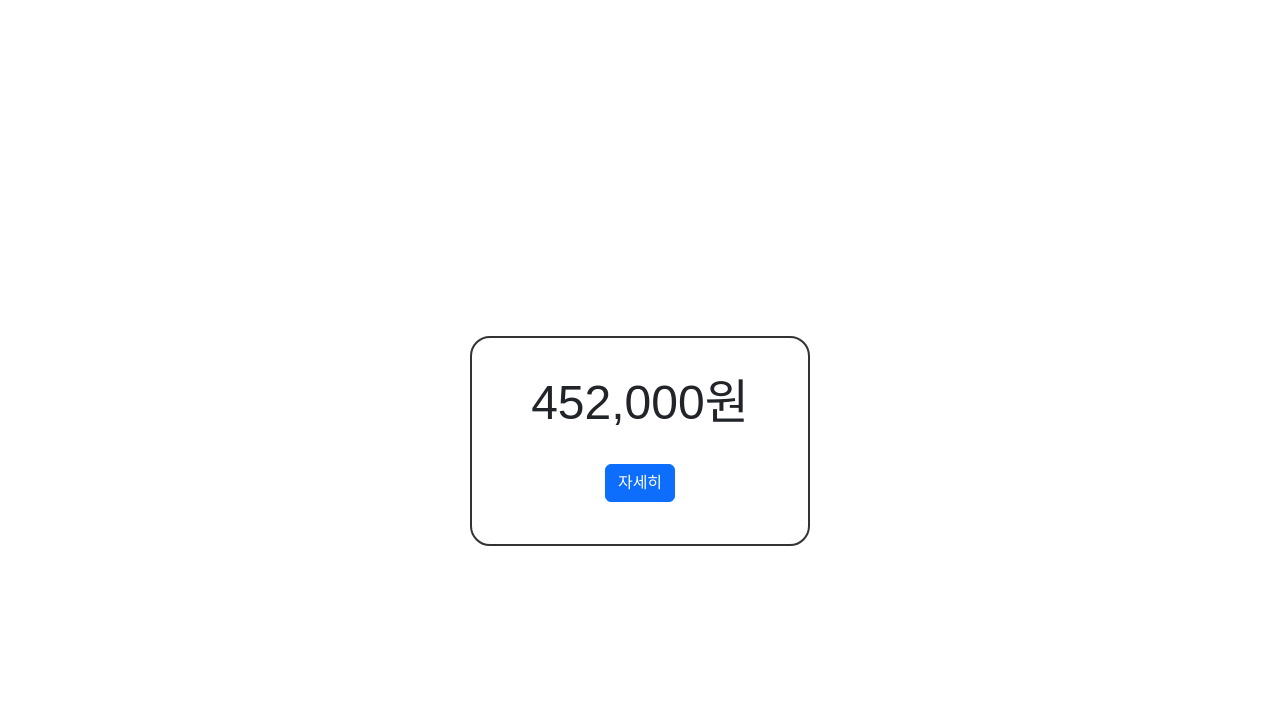
Repository: kimSummerrain/KairosHackathon
Page: venvs/karios/templates/startscreen.html
These files come from the project's save history. The page is drawn as it stood at one moment and after the next save; the edit follows.
The browser window is 1280 px wide. The pictures show the whole page.

Above is the page before, as saved 2024-02-26 18:19:27.
Console error: SyntaxError: Unexpected token '{'

### venvs/karios/templates/startscreen.html
<!DOCTYPE html>
<html lang="en">

<head>
    <meta charset="UTF-8">
    <meta name="viewport" content="width=device-width, initial-scale=1.0">
    <title>Document</title>
    <link href="https://cdn.jsdelivr.net/npm/bootstrap@5.3.3/dist/css/bootstrap.min.css" rel="stylesheet"
        integrity="sha384-QWTKZyjpPEjISv5WaRU9OFeRpok6YctnYmDr5pNlyT2bRjXh0JMhjY6hW+ALEwIH" crossorigin="anonymous">
    <script src="https://cdn.jsdelivr.net/npm/bootstrap@5.3.3/dist/js/bootstrap.bundle.min.js"
        integrity="sha384-YvpcrYf0tY3lHB60NNkmXc5s9fDVZLESaAA55NDzOxhy9GkcIdslK1eN7N6jIeHz"
        crossorigin="anonymous"></script>
    <link href="static/css/main-style.css" rel="stylesheet" />
</head>

<body>
    <div class="container-fluid p-5 bg-white text-black text-center">
        <p id="date"></p>
        <h1 id="time"></h1>
        <h1 class="margin-top"></h1>
    </div>
    <div class="rounded-rectangle">
        <p id="month"></p>
        <p id="amount"></p>
        <h2>452,000원</h2>
        <br>
        <a class="btn btn-primary" href="/detail">자세히</a>
    </div>
    <!-- date js -->
    <script src="static/js/date.js"></script>
</body>

</html>

### venvs/karios/static/css/main-style.css
html,
body {
    margin: 0;
    padding: 0;
    font-family: Arial, Helvetica Neue, Helvetica, sans-serif;
}

#calendar {
    max-width: 1100px;
    margin: 40px auto;
}

a.fc-daygrid-day-number {
    color: black;
    text-decoration: none;
}

a.fc-col-header-cell-cushion {
    color: black;
    text-decoration: none;
}

.navbar-nav .nav-link {
    font-size: 18px;
}

.rounded-rectangle {
    width: 340px;
    /* 직사각형의 너비 */
    height: 210px;
    /* 직사각형의 높이 */
    background-color: #ffffff;
    /* 배경색 */
    border-radius: 20px;
    /* 꼭짓점을 둥글게 하는 정도 */
    margin: 0px auto 0;
    /* rectangle과 겹치도록 마진 조정 */
    padding: 20px;
    /* 내부 여백 */
    text-align: center;
    /* 내용을 가운데 정렬 */
    border: 2px solid #333;
    /* 테두리의 두께와 색상 */
    position: relative;
    /* 포지션을 상대위치로 설정하여 겹치게 함 */
    /* z-index: -1; */
    /* 겹치는 요소의 순서를 지정 */
}

h1 {
    font-size: 5em;
}

h2 {
    font-size: 3em;

}

.margin-top {
    margin-top: 240px;
}

.text-start {
    font-size: 24px;
}

.text-second {
    font-size: 15px;
}

### venvs/karios/static/js/date.js
// 현재 날짜를 가져와서 표시하는 함수
function displayDate() {
    var today = new Date(); // 현재 날짜 및 시간 가져오기
    var month = today.getMonth() + 1; // 월 가져오기 (0부터 시작하므로 +1)
    var day = today.getDate(); // 일 가져오기
    var dayOfWeek = today.toLocaleDateString('en-US', { weekday: 'long' }); // 요일 가져오기
    var hour = today.getHours(); // 시간 가져오기
    var minute = today.getMinutes(); // 분 가져오기
    var amount = {{ result| tojson
}};

minute = minute < 10 ? '0' + minute : minute;

// HTML 요소에 날짜와 요일 표시
document.getElementById('date').innerHTML = month + '월 ' + day + '일 ' + dayOfWeek;
document.getElementById('time').innerHTML = hour + ':' + minute;
document.getElementById('month').innerHTML = month + '월 지출 내역은?';
document.getElementById('amount').innerHTML = amount['2023-0'] + month + '원';
}

// 페이지가 로드될 때 displayDate 함수 실행
window.onload = function () {
    // 매 초마다 updateDateTime 함수를 호출하여 시간을 업데이트
    setInterval(displayDate, 1000); // 1000ms = 1초
    // 최초 로드시 한번 호출하여 초기화
    displayDate();
};

After the next save:
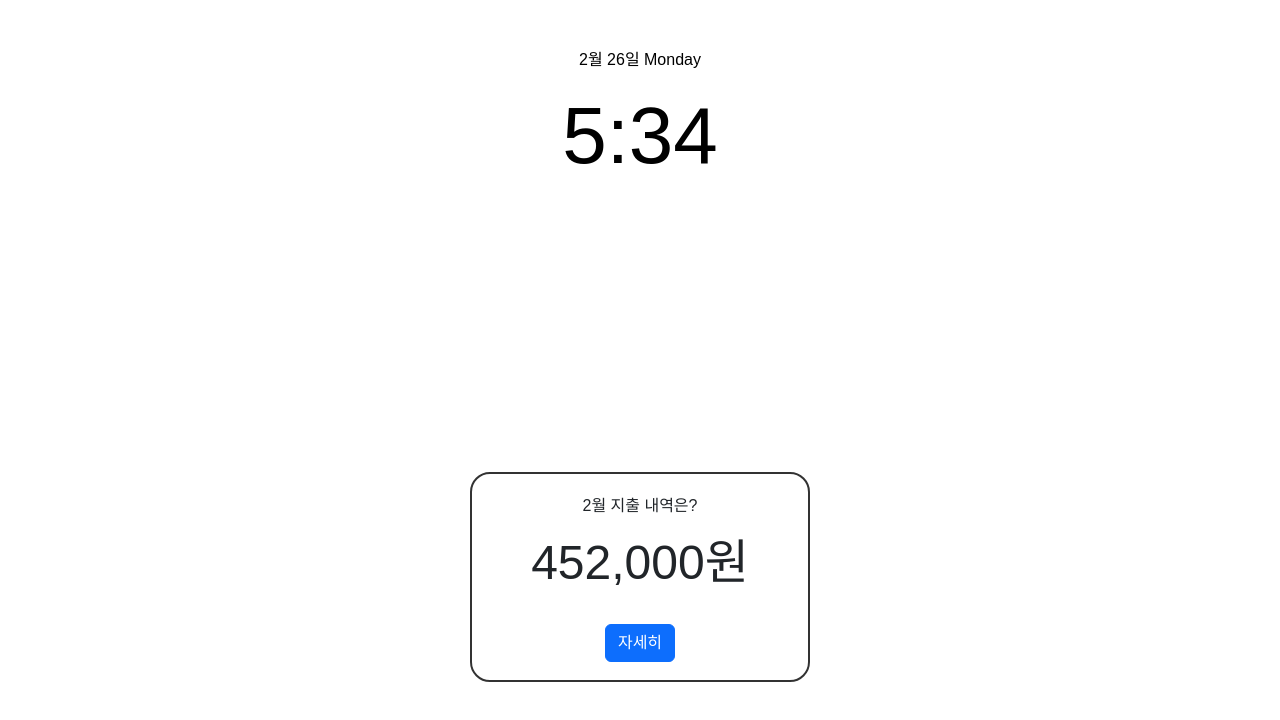
The error is gone.
Saved 17 s later.
--- a/venvs/karios/static/js/date.js
+++ b/venvs/karios/static/js/date.js
@@ -6,16 +6,13 @@ function displayDate() {
     var dayOfWeek = today.toLocaleDateString('en-US', { weekday: 'long' }); // 요일 가져오기
     var hour = today.getHours(); // 시간 가져오기
     var minute = today.getMinutes(); // 분 가져오기
-    var amount = {{ result| tojson
-}};
 
-minute = minute < 10 ? '0' + minute : minute;
+    minute = minute < 10 ? '0' + minute : minute;
 
-// HTML 요소에 날짜와 요일 표시
-document.getElementById('date').innerHTML = month + '월 ' + day + '일 ' + dayOfWeek;
-document.getElementById('time').innerHTML = hour + ':' + minute;
-document.getElementById('month').innerHTML = month + '월 지출 내역은?';
-document.getElementById('amount').innerHTML = amount['2023-0'] + month + '원';
+    // HTML 요소에 날짜와 요일 표시
+    document.getElementById('date').innerHTML = month + '월 ' + day + '일 ' + dayOfWeek;
+    document.getElementById('time').innerHTML = hour + ':' + minute;
+    document.getElementById('month').innerHTML = month + '월 지출 내역은?';
 }
 
 // 페이지가 로드될 때 displayDate 함수 실행
